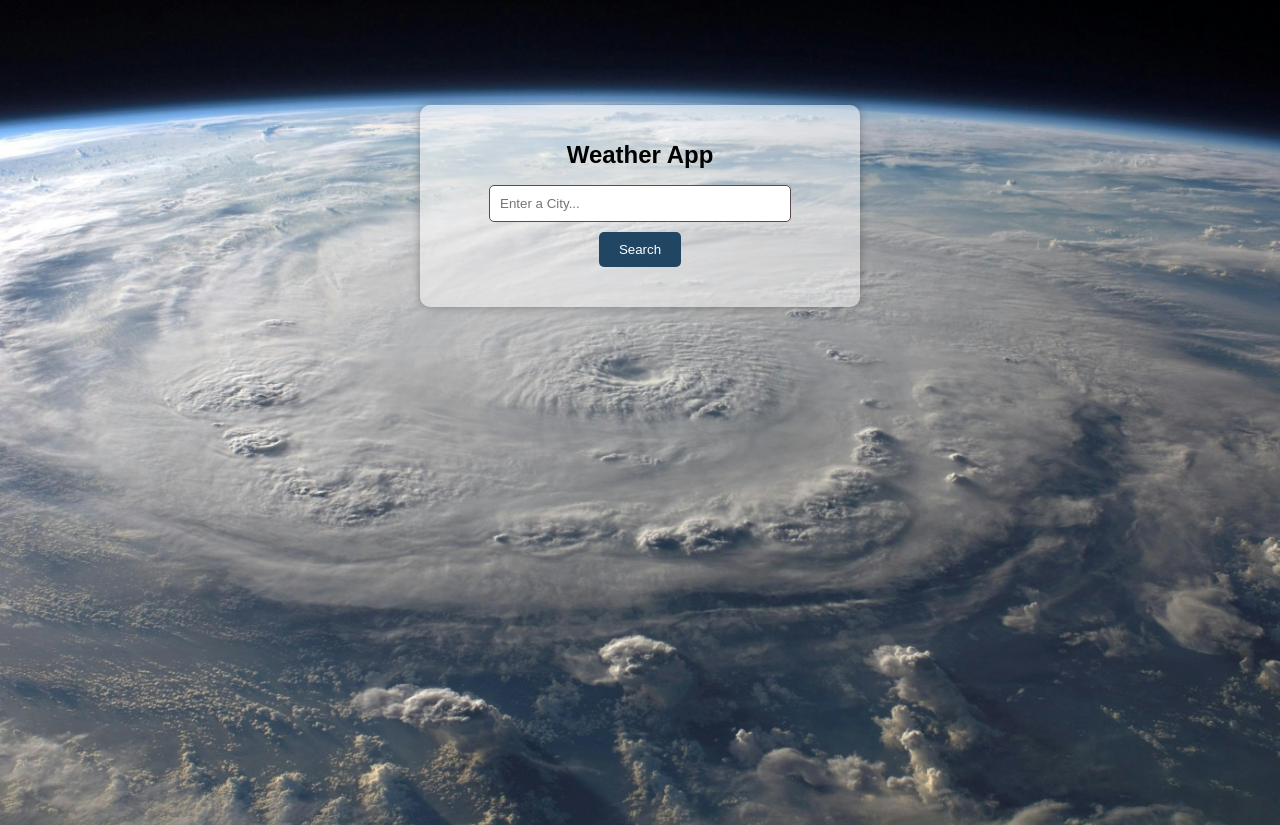
Repository: Dharshinimk-521/weather-app
Page: index.html
These files come from the project's save history. The page is drawn as it stood at one moment and after the next save; the edit follows.
The browser window is 1280 px wide. The pictures show the whole page.

Above is the page before, as saved 2026-04-18 17:55:17.

### index.html
<!DOCTYPE html>
<html lang = "en">
    <head>
        <meta charset="UTF-8">
        <meta name="viewport" content="width=device-width, initial-scale=1.0">
        <title>Weather App</title>
        <link rel="stylesheet" href="style.css">
        <script src="script.js" defer></script>
    </head>
    <body>
        <div class="container">
            <h1>Weather App</h1>
            <input type="text" id="locationinput" placeholder="Enter a City...">
            <button id="searchbtn">Search</button>
            <div class="weather-info">
                <h2 id="location"></h2>
                <p id="temp"></p>
                <p id="desc"></p>
            </div>
        </div>
    </body>

### style.css
body {
    font-family: Arial, sans-serif;
    background-color: #222222;
    background-image: url('bg.jpg');
    background-size: cover;
    background-position: center;
    background-repeat: no-repeat;
    height: 100vh; /* Set the height to fill the viewport */
    margin: 0; /* Remove default margin */
    padding: 0;
}

.container {
    max-width: 400px;
    margin: 0 auto;
    text-align: center;
    padding: 20px;
    background-color: rgba(255, 255, 255, 0.5); /* Set the background color to be transparent */
    border-radius: 10px;
    box-shadow: 0 0 10px rgba(0, 0, 0, 0.3); /* Adjust the alpha value here for the box shadow transparency */
    margin-top: 105px;

}

h1 {
    font-size: 24px;
}

input[type="text"] {
    width: 70%;
    display:block;
    padding: 10px;
    margin: 10px auto;
    border: 1px solid #5b4c4c;
    border-radius: 5px;
}

button {
    background-color: #214664;
    color: #fff;
    border: none;
    padding: 10px 20px;
    border-radius: 5px;
    cursor: pointer;
}

.weather-info {
    margin-top: 20px;
}

### script.js
const apikey='9d76e15c5e2f3128f1e887514771a75d';
const apiUrl='https://api.openweathermap.org/data/2.5/weather';
const locinput=document.getElementById("locationinput");
const searchb=document.getElementById("searchbtn");
const locele=document.getElementById("location");
const tempele=document.getElementById("temp");
const descele=document.getElementById("desc");

searchb.addEventListener("click", () => {
    const loc = locinput.value.trim();
    if(loc){
        fetchw(loc);
    }
});

function fetchw(location) {
    const url= `${apiUrl}?q=${location}&appid=${apikey}&units=metric`;

    fetch(url)
        .then(response => response.json())
        .then(data => {
            if (data.cod !== 200) {
                locele.textContent = "City not found ❌";
                tempele.textContent = "";
                descele.textContent = "";
                console.error(data.message);
                return;
            }

            locele.textContent=data.name;
            tempele.textContent=`${Math.round(data.main.temp)}°C`;
            descele.textContent=data.weather[0].description;
        })
        .catch(error => {
            console.error('error fetching data',error);
        });
}

After the next save:
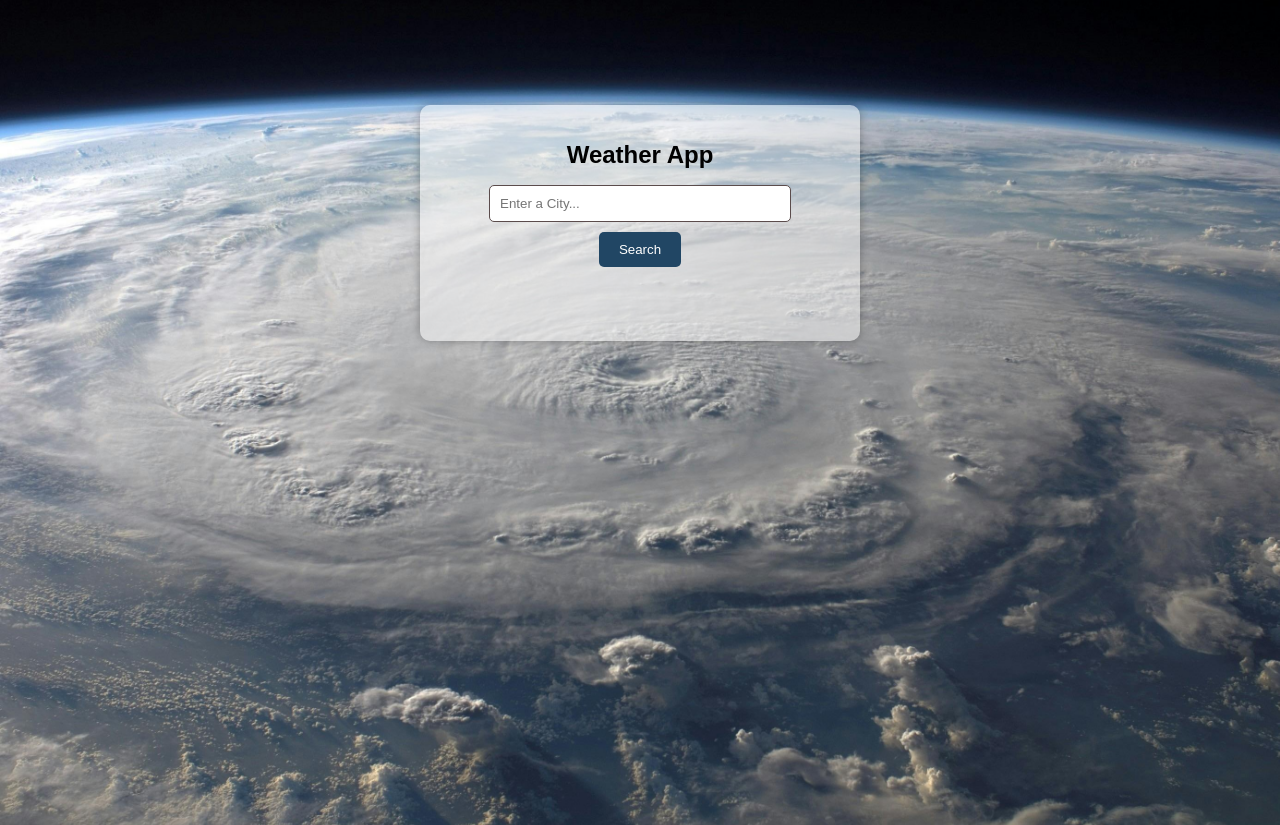
Console error: ReferenceError: data is not defined
Saved 4 min 24 s later.
--- a/index.html
+++ b/index.html
@@ -13,6 +13,7 @@
             <input type="text" id="locationinput" placeholder="Enter a City...">
             <button id="searchbtn">Search</button>
             <div class="weather-info">
+                <img src=""
                 <h2 id="location"></h2>
                 <p id="temp"></p>
                 <p id="desc"></p>
--- a/script.js
+++ b/script.js
@@ -1,5 +1,9 @@
 const apikey='9d76e15c5e2f3128f1e887514771a75d';
 const apiUrl='https://api.openweathermap.org/data/2.5/weather';
+
+const icon = data.weather[0].icon;
+const iconUrl = `https://openweathermap.org/img/wn/${icon}@2x.png`;
+
 const locinput=document.getElementById("locationinput");
 const searchb=document.getElementById("searchbtn");
 const locele=document.getElementById("location");
